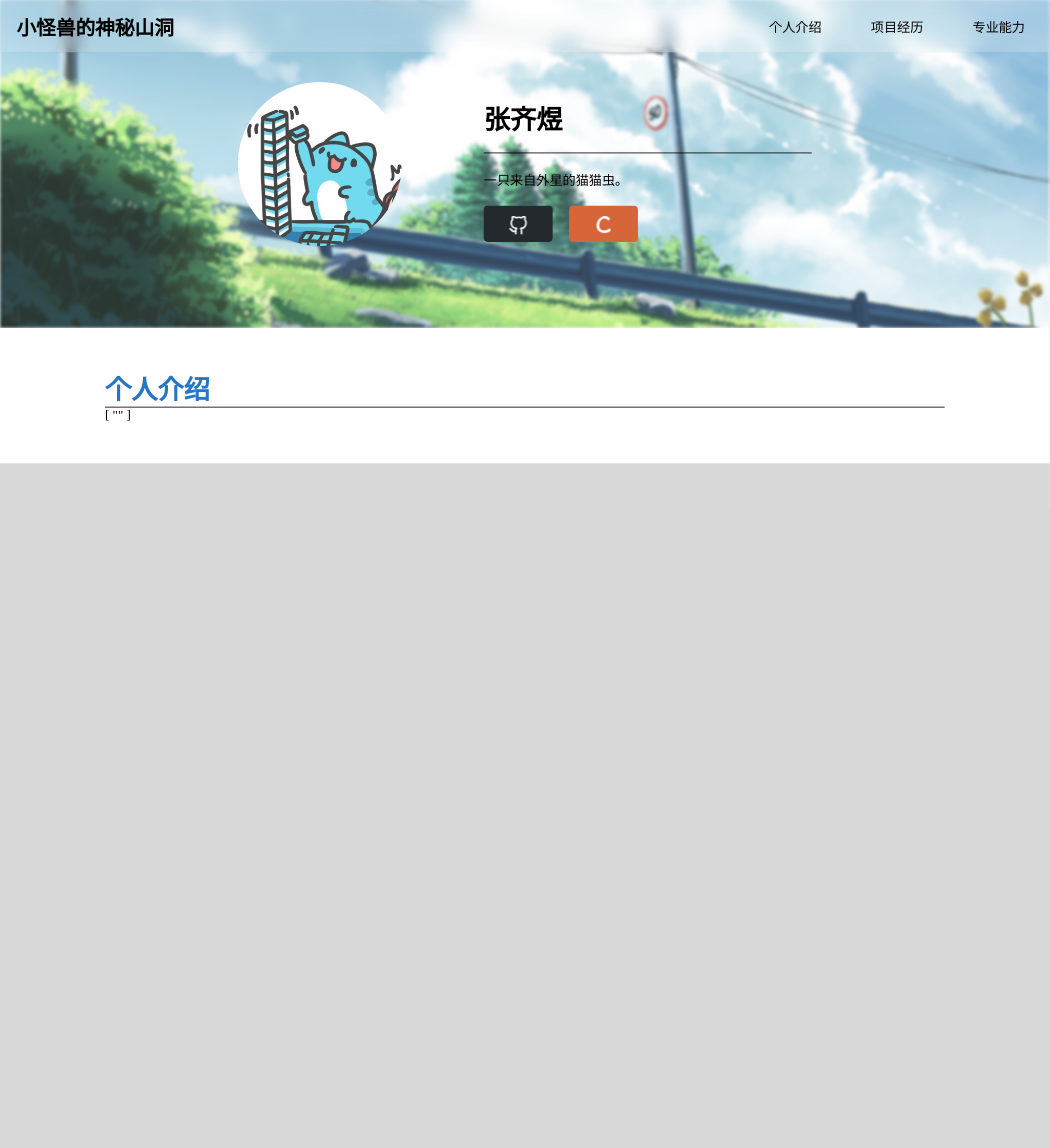
Repository: TheBiggestFatCat/myblog-frontend
Page: /
The author's editor kept a copy of each file at every save. The page is drawn from the files as they stood at one save, then again after the next save.
The browser window is 1280 px wide. The pictures show the whole page, at 82% of full size.
The project was rebuilt for these pictures with package versions that can differ from the ones it lists, and the page was loaded fresh each time. Also part of the build but not shown: vite.config.ts.

Above is the page before, as saved 2023-02-26 10:51:05.

After the next save:
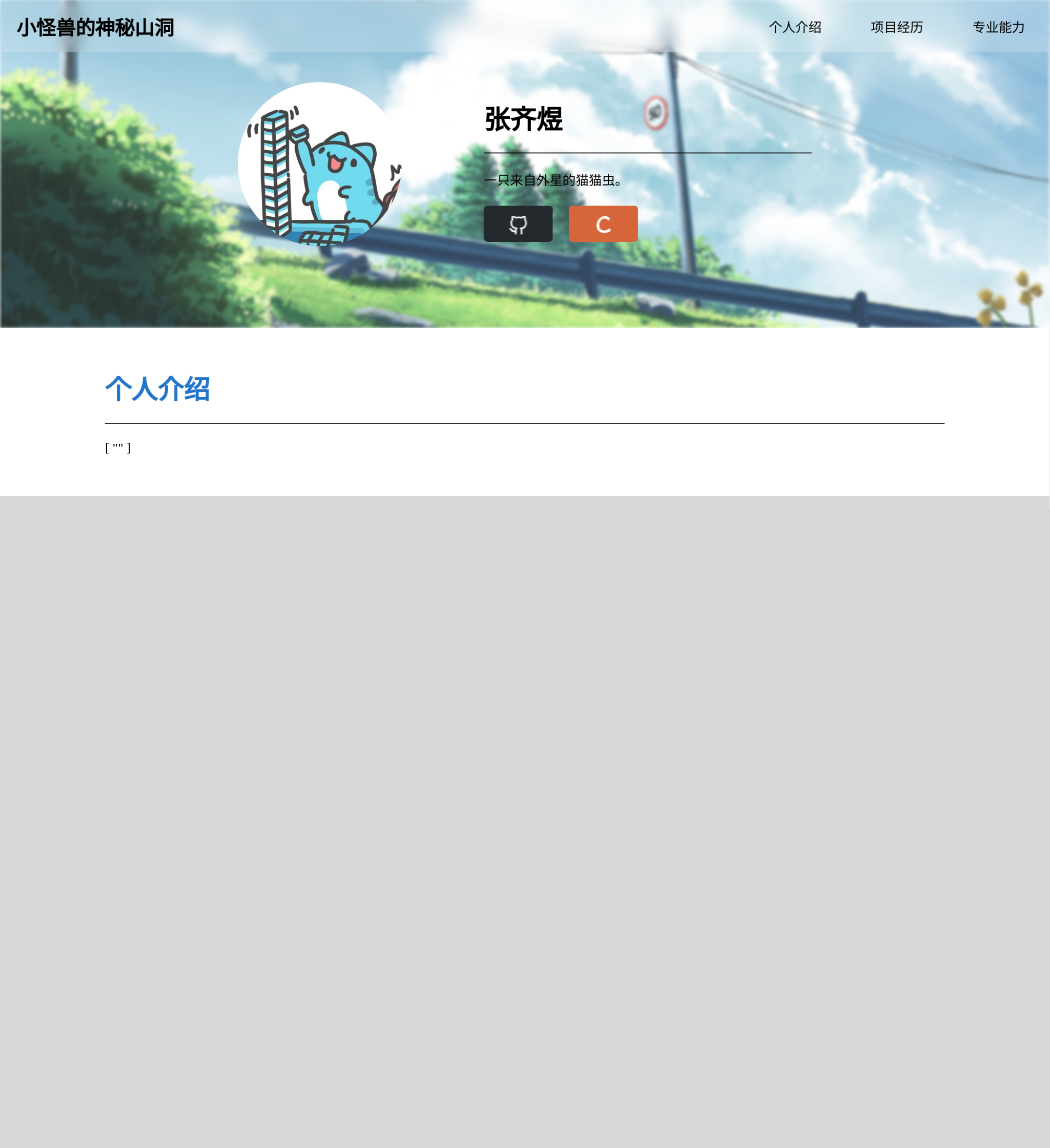
Saved 7 s later.
--- a/src/components/Home/Home.vue
+++ b/src/components/Home/Home.vue
@@ -163,7 +163,7 @@ const personalText = [
     }
     .border {
       width: 100%;
-      margin-top: 20px 0 20px 0;
+      margin: 20px 0 20px 0;
       border-top: 1px solid #000;
     }
   }
